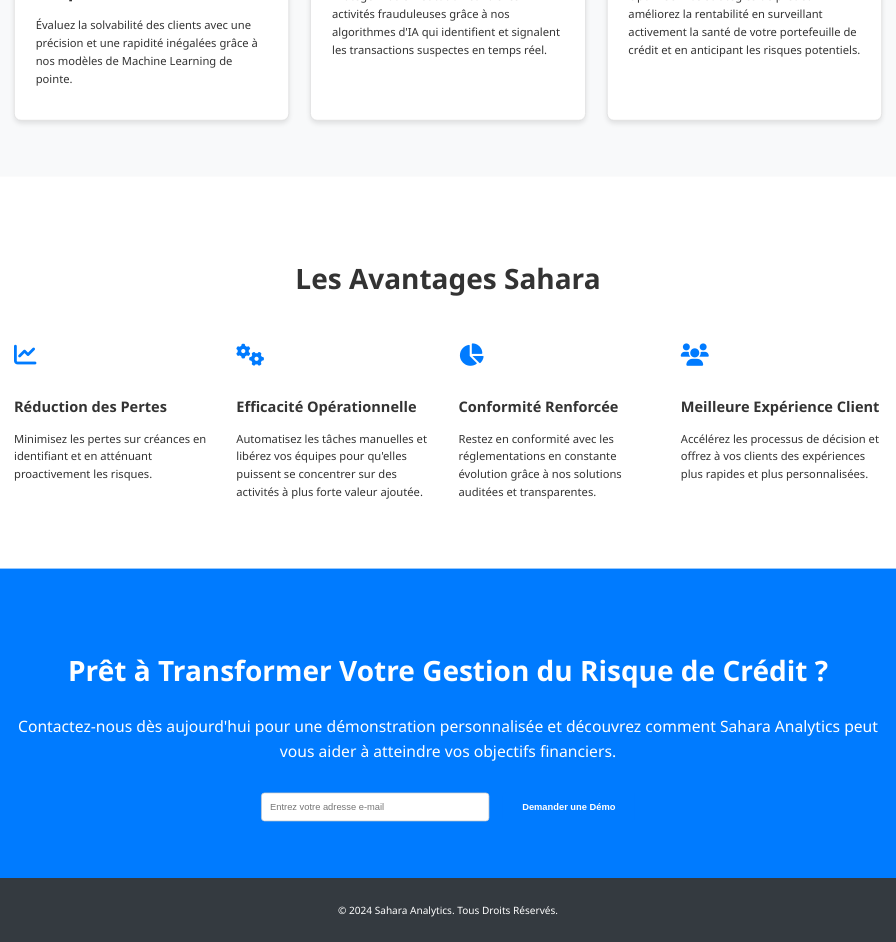
Repository: saharaAI/website
Page: landing_page/index.html
The author's editor kept a copy of each file at every save. The page is drawn from the files as they stood at one save, then again after the next save.
The browser window is 1280 px wide. The pictures show the part of the page from y = 1256 to 3176 px (the page is 2602 px tall before and 3176 px after), at 70% of full size.

Above is the page before, as saved 2024-06-29 14:25:53.

After the next save:
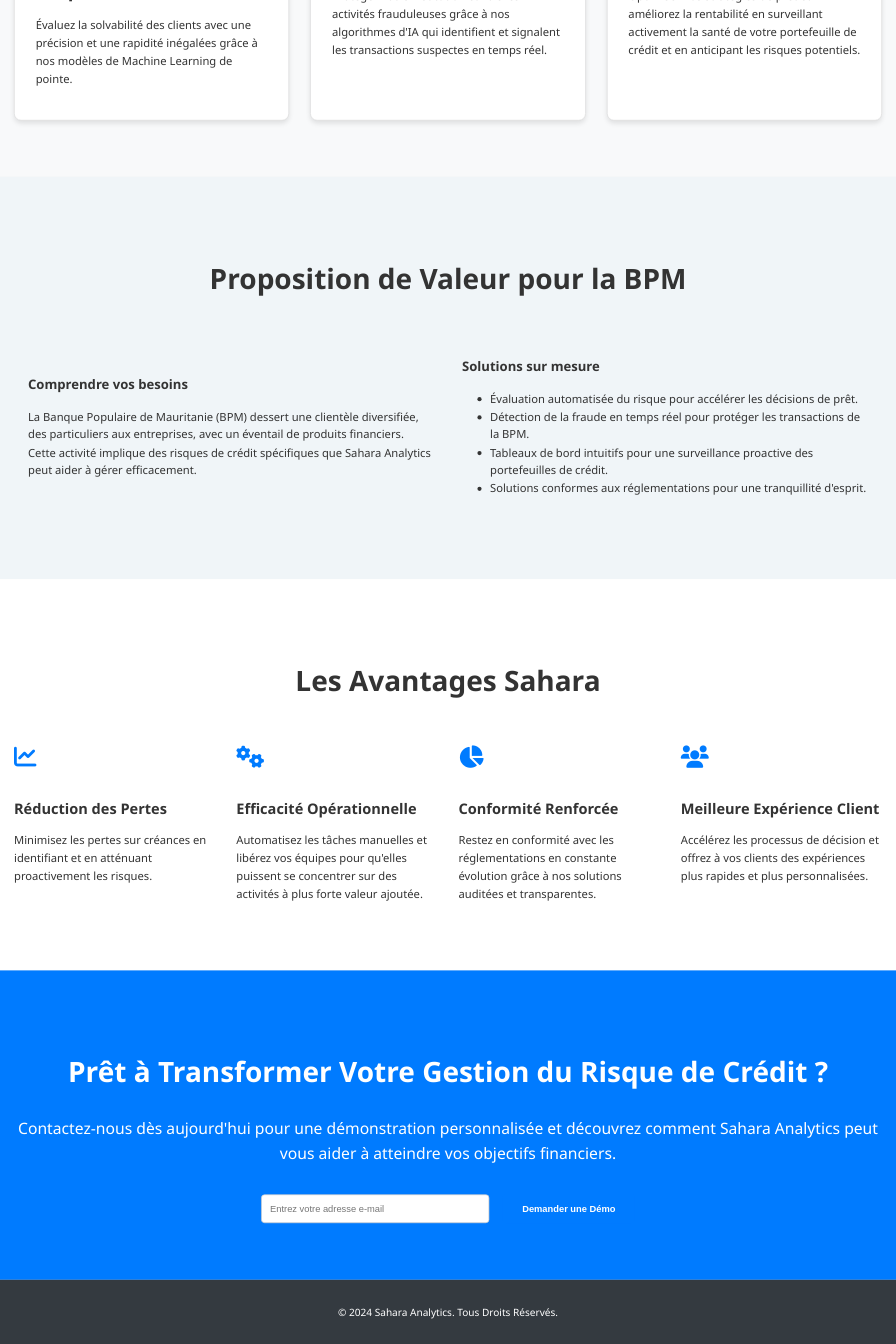
Saved 3 min 20 s later.
--- a/landing_page/index.html
+++ b/landing_page/index.html
@@ -13,53 +13,53 @@
             padding: 0;
             color: #333;
             background-color: #f5f5f5;
-            line-height: 1.6; /* Improve readability */
+            line-height: 1.6;
         }
 
         a {
             text-decoration: none;
-            color: #007bff; /* Blue */
-            transition: color 0.3s ease; /* Smooth color transition on hover */
+            color: #007bff;
+            transition: color 0.3s ease;
         }
 
         a:hover {
-            color: #0056b3; /* Darker blue */
+            color: #0056b3;
         }
 
         .btn {
             display: inline-block;
-            padding: 14px 28px; /* Adjusted padding */
+            padding: 14px 28px;
             background-color: #007bff;
             color: #fff;
             border-radius: 5px;
             transition: background-color 0.3s ease;
-            font-weight: 600; /* Slightly bolder */
-            border: none; /* Remove default button border */
+            font-weight: 600;
+            border: none;
         }
 
         .btn:hover {
             background-color: #0056b3;
-            cursor: pointer; /* Add pointer cursor on hover */
+            cursor: pointer;
         }
 
         /* HEADER */
         header {
             background-color: #343a40;
             color: #fff;
-            padding: 30px 0; /* Increased padding */
+            padding: 30px 0;
             text-align: center;
             box-shadow: 0 2px 4px rgba(0,0,0,0.1);
         }
 
         header h1 {
             margin: 0;
-            font-size: 3em; /* Larger heading */
+            font-size: 3em;
             font-weight: 600;
         }
 
         header h2 {
-            margin: 15px 0 0; /* Adjusted margin */
-            font-size: 1.4em; /* Increased font size */
+            margin: 15px 0 0;
+            font-size: 1.4em;
             font-weight: 300;
         }
 
@@ -68,7 +68,7 @@
             display: flex;
             justify-content: center;
             align-items: center;
-            padding: 80px 20px; /* Increased padding */
+            padding: 80px 20px;
             background-color: #ffffff;
         }
 
@@ -89,33 +89,33 @@
             flex: 1;
         }
 
-        .hero-text h3 { /* Added a heading for better structure */
+        .hero-text h3 {
             font-size: 2em;
             margin-bottom: 20px;
             font-weight: 600;
         }
 
         .hero-text p {
-            font-size: 1.3em; /* Increased font size */
-            margin-bottom: 30px; /* Increased margin */
+            font-size: 1.3em;
+            margin-bottom: 30px;
         }
 
         /* SERVICES SECTION */
         .services {
             text-align: center;
-            padding: 80px 20px; /* Increased padding */
+            padding: 80px 20px;
             background-color: #f8f9fa;
         }
 
         .services h2 {
-            margin-bottom: 60px; /* Increased margin */
-            font-size: 2.5em; /* Increased font size */
-            font-weight: 600;
-        }
-
-        .services-grid { /* Use grid for better layout control */
+            margin-bottom: 60px;
+            font-size: 2.5em;
+            font-weight: 600;
+        }
+
+        .services-grid {
             display: grid;
-            grid-template-columns: repeat(auto-fit, minmax(300px, 1fr)); /* Responsive columns */
+            grid-template-columns: repeat(auto-fit, minmax(300px, 1fr));
             grid-gap: 30px;
         }
 
@@ -159,14 +159,14 @@
             font-weight: 600;
         }
 
-        .benefits-grid { /* Use grid for benefits layout */
+        .benefits-grid {
             display: grid;
             grid-template-columns: repeat(auto-fit, minmax(250px, 1fr));
             grid-gap: 30px;
         }
 
         .benefit {
-            text-align: left; /* Align text to the left */
+            text-align: left;
         }
 
         .benefit i {
@@ -175,7 +175,7 @@
             margin-bottom: 15px;
         }
 
-        .benefit h4 { /* Use h4 for benefit titles */
+        .benefit h4 {
             font-size: 1.3em;
             margin-bottom: 10px;
             font-weight: 600;
@@ -209,7 +209,37 @@
             border-radius: 5px;
             border: 1px solid #ccc;
             margin-right: 15px;
-            width: 300px; /* Set a specific width */
+            width: 300px;
+        }
+
+        /* CUSTOM SECTION FOR BPM */
+        .bpm-section {
+            padding: 80px 20px;
+            background-color: #f0f5f8; /* Light blue-grey */
+        }
+
+        .bpm-section h2 {
+            text-align: center;
+            margin-bottom: 40px;
+            font-size: 2.5em;
+            font-weight: 600;
+        }
+
+        .bpm-content {
+            display: flex;
+            flex-wrap: wrap;
+            justify-content: space-around;
+            align-items: center;
+        }
+
+        .bpm-text {
+            flex: 1 1 400px; /* Adjust flex values as needed */
+            margin: 20px;
+        }
+
+        .bpm-text ul {
+            list-style-type: disc;
+            padding-left: 40px; /* Indent list items */
         }
 
         /* FOOTER */
@@ -224,7 +254,7 @@
         /* Media Queries for Responsiveness */
         @media (max-width: 768px) {
             header h1 {
-                font-size: 2.5em; /* Adjust heading size for smaller screens */
+                font-size: 2.5em;
             }
 
             .hero {
@@ -234,6 +264,15 @@
             .hero-image {
                 margin-right: 0;
                 margin-bottom: 30px;
+            }
+
+            .bpm-content {
+                flex-direction: column; /* Stack elements vertically */
+            }
+
+            .bpm-text {
+                flex: 1 1 100%; /* Take full width on small screens */
+                margin: 20px 0; /* Reset margin for better spacing */
             }
         }
     </style>
@@ -277,6 +316,32 @@
         </div>
     </section>
 
+
+    <!-- Section spécifique à la BPM -->
+    <section class="bpm-section">
+        <h2>Proposition de Valeur pour la BPM</h2>
+
+        <div class="bpm-content">
+
+            <div class="bpm-text">
+                <h3>Comprendre vos besoins</h3>
+                <p>La Banque Populaire de Mauritanie (BPM) dessert une clientèle diversifiée, des particuliers aux entreprises, avec un éventail de produits financiers. Cette activité implique des risques de crédit spécifiques que Sahara Analytics peut aider à gérer efficacement.</p>
+            </div>
+
+            <div class="bpm-text">
+                <h3>Solutions sur mesure</h3>
+                <ul>
+                    <li>Évaluation automatisée du risque pour accélérer les décisions de prêt.</li>
+                    <li>Détection de la fraude en temps réel pour protéger les transactions de la BPM.</li>
+                    <li>Tableaux de bord intuitifs pour une surveillance proactive des portefeuilles de crédit.</li>
+                    <li>Solutions conformes aux réglementations pour une tranquillité d'esprit.</li>
+                </ul>
+            </div>
+
+        </div>
+    </section>
+
+
     <section class="benefits">
         <h2>Les Avantages Sahara</h2>
         <div class="benefits-grid">
